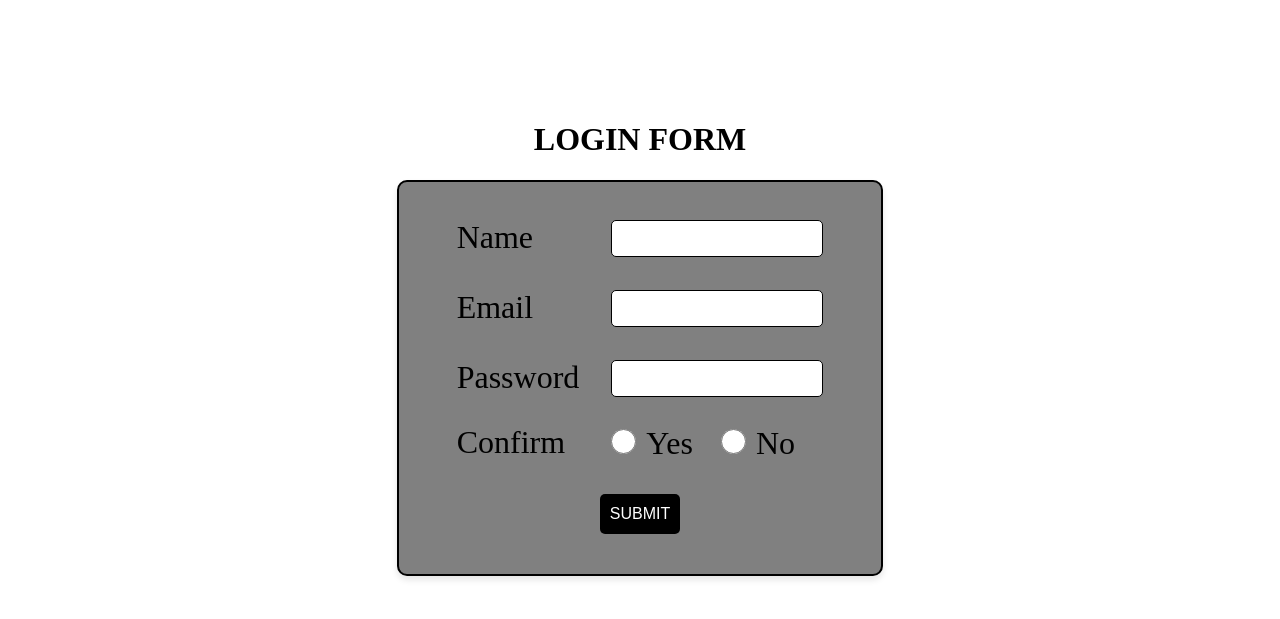
Repository: obusakthi539/Loginform
Page: Form.html
The author's editor kept a copy of each file at every save. The page is drawn from the files as they stood at one save, then again after the next save.
The browser window is 1280 px wide. The pictures show the whole page.

Above is the page before, as saved 2025-01-11 14:29:01.

After the next save:
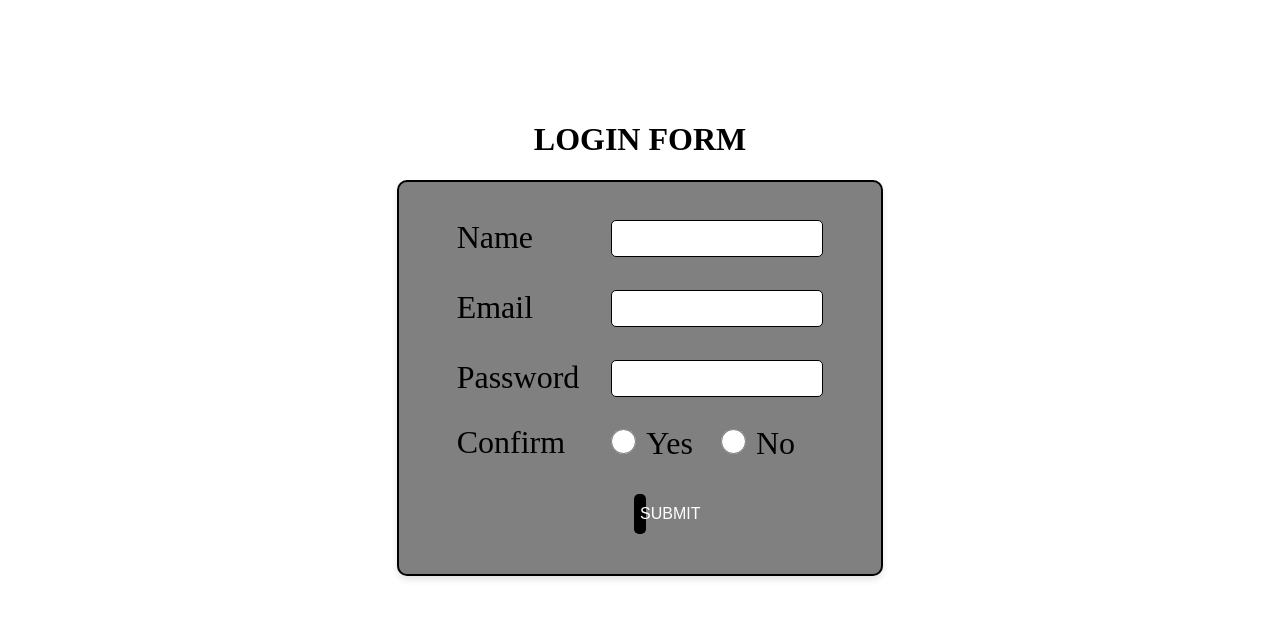
Saved 8 s later.
--- a/Form.html
+++ b/Form.html
@@ -39,7 +39,7 @@
         button {
             display: block;
             margin: 20px auto;
-            width: 80px;
+            width: 0px;
             height: 40px;
             background-color: black;
             color: white;
